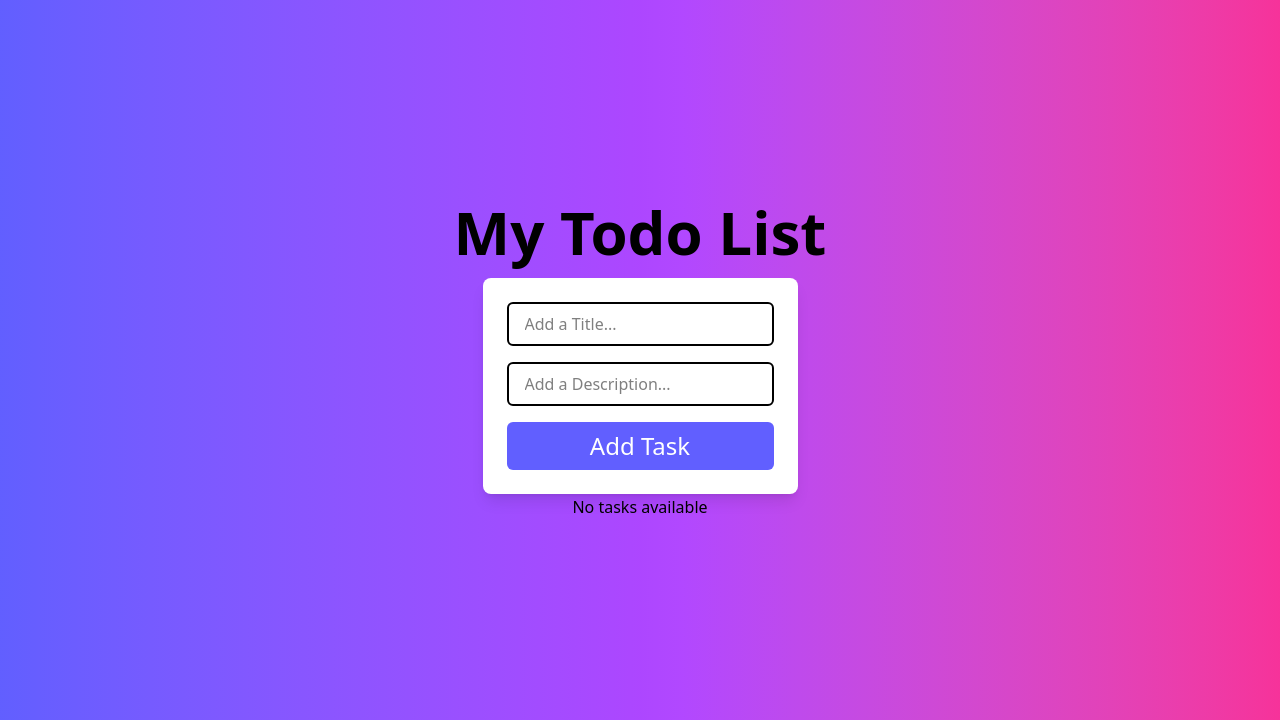
Repository: vgor15/todo-list
Page: /
These files come from the project's save history. The page is drawn as it stood at one moment and after a run of saves; the edit follows.
The browser window is 1280 px wide. The pictures show the whole page.
The project was rebuilt for these pictures with package versions that can differ from the ones it lists, and the page was loaded fresh each time. The framework's server and built-in components were replaced by stand-ins that run in the browser. Also part of the build but not shown: next.config.js, next.config.mjs.

Above is the page before, as saved 2025-03-05 11:01:04.

After the next 2 saves:
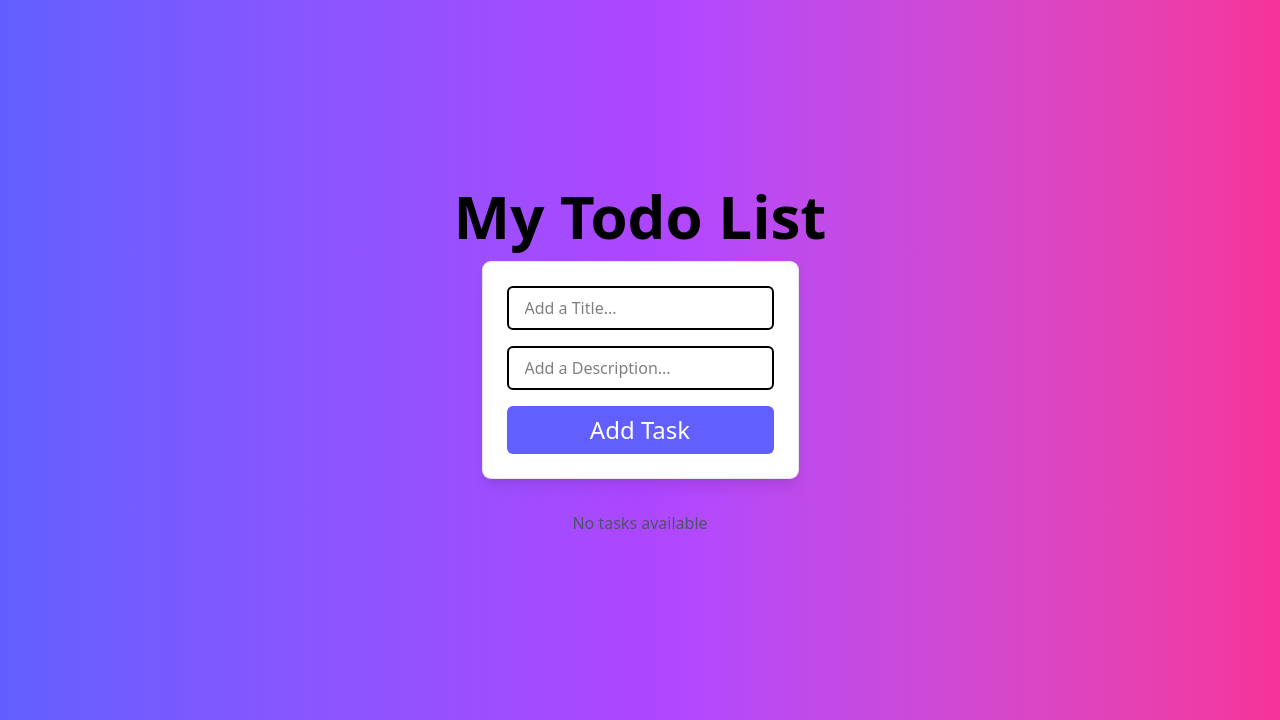
The 2 saves are shown as one change because 1 did not build or start.
The last was saved 38 s later.
--- a/app/page.js
+++ b/app/page.js
@@ -17,7 +17,7 @@ const page = () => {
     <div className="h-screen flex flex-col items-center justify-center bg-gradient-to-r from-indigo-500 via-purple-500 to-pink-500">
       <h1 className="text-6xl font-bold text-center mb-4">My Todo List</h1>
       <form
-        className="flex flex-col gap-4 bg-white p-6 rounded-lg shadow-lg"
+        className="flex flex-col gap-4 bg-white p-6 rounded-lg shadow-lg ring-1 ring-gray-200"
         onSubmit={submitHandler}
       >
         <input
@@ -36,11 +36,11 @@ const page = () => {
           value={description}
           onChange={(e) => setDescription(e.target.value)}
         />
-        <button className="bg-indigo-500 px-4  py-2 rounded-md text-2xl text-white cursor-pointer">
+        <button className="bg-indigo-500 px-4 py-2 rounded-md text-2xl text-white cursor-pointer hover:bg-indigo-600">
           Add Task
         </button>
       </form>
-      <hr />
+      <hr className="my-4 border-gray-200" />
       <div className="flex flex-col gap-4">
         {mainTasks.length > 0
           ? mainTasks.map((task, index) => (
@@ -48,11 +48,15 @@ const page = () => {
                 key={index}
                 className="flex justify-between items-center px-4 py-2 border-t-2 border-gray-200"
               >
-                <h3>{task.title}</h3>
-                <p>{task.description}</p>
+                <h3 className="font-bold">{task.title}</h3>
+                <p className="text-sm text-gray-600">{task.description}</p>
               </div>
             ))
-          : "No tasks available"}
+          : (
+              <p className="text-center text-gray-600">
+                No tasks available
+              </p>
+            )}
       </div>
     </div>
   );
